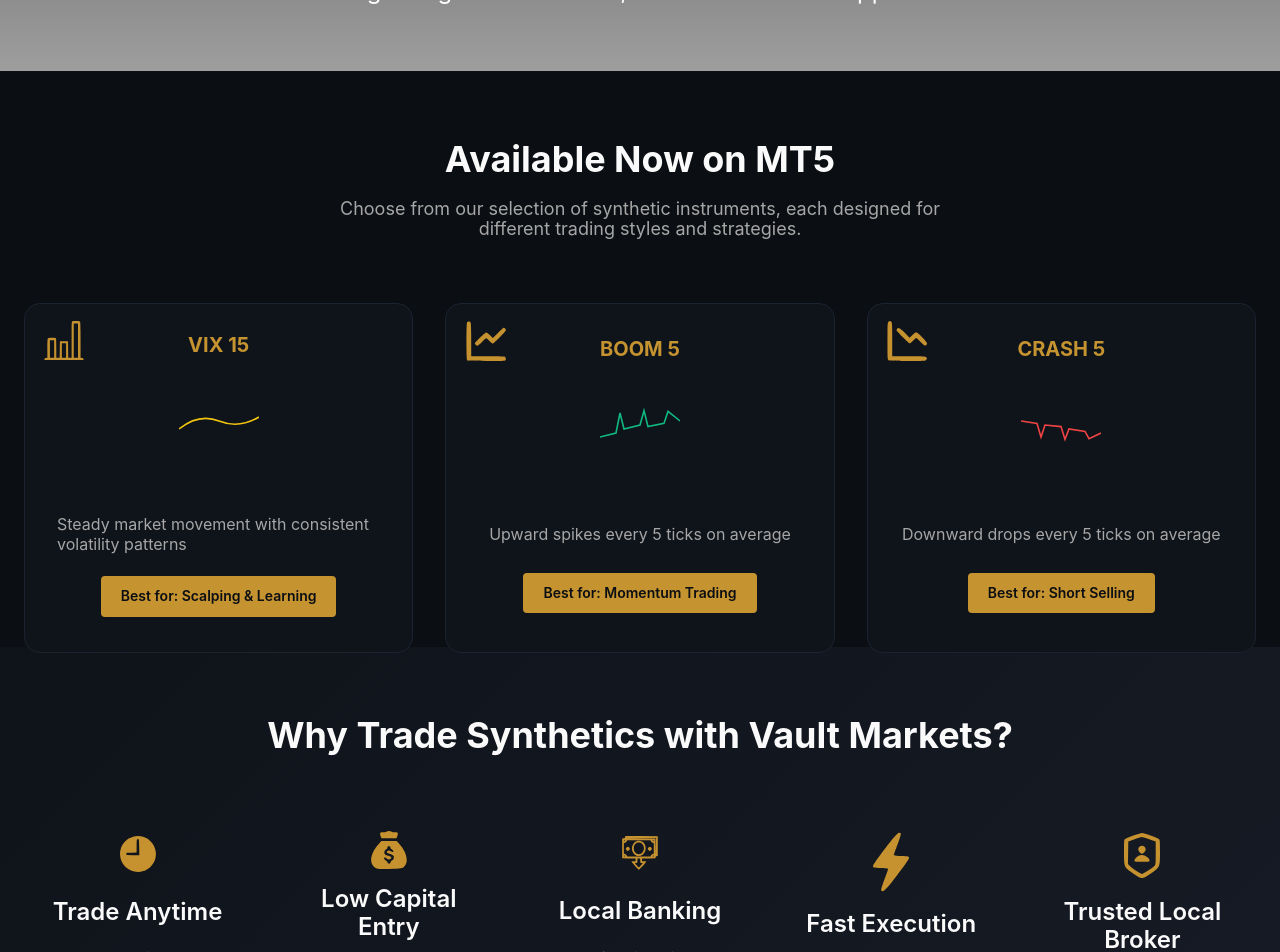
Repository: Jacques-Jaki-Morkel/VaultMarkets_Synthetics
Page: wp-copy/index.HTML
The author's editor kept a copy of each file at every save. The page is drawn from the files as they stood at one save, then again after a run of saves.
The browser window is 1280 px wide. The pictures show the part of the page from y = 1195 to 2147 px (the page is 4689 px tall).
Pictures or frames that could not be fetched are drawn as grey boxes.

Above is the page before, as saved 2025-08-01 14:27:31.

### wp-copy/index.HTML
<!DOCTYPE html>
<html lang="en">

<head>
    <link rel="stylesheet" href="styles.css">
</head>

<body>
    <!-- Hero Section -->
    <section class="vm-hero-section">
        <div class="vm-container vm-con-row">
            <div class="vm-floating-icons">
                <div class="vm-floating-icon vm-boom">BOOM</div>
                <div class="vm-floating-icon vm-crash">CRASH</div>
                <div class="vm-floating-icon vm-vix">VIX</div>
            </div>

            <div class="vm-hero-content">
                <span class="span-gradinet">
                    <h1>Trade the Market That Never Sleeps</h1>
                </span>
                <p class="vm-hero-subtitle">Boom. Crash. VIX. 24/7 trading. No market closures. No news shocks.</p>

                <div class="vm-hero-buttons">
                    <button class="vm-btn vm-btn-primary">Start Trading Now</button>
                    <button class="vm-btn vm-btn-outline hide-this">Watch Demo</button>
                </div>

                <div class="vm-markets-badge"><span class="vm-market-badge-icon"></span>Markets Open 24/7</div>
            </div>
        </div>
    </section>

    <!-- Synthetics Intro -->
    <section class="vm-synthetics-intro">
        <div class="vm-container vm-con-col">
            <div class="vm-section-header">
                <h2>Markets Built for Traders, <span class="span-gradinet">by Traders</span> </h2>
                <p>Synthetic Indices are computer‑generated markets that move just like real markets — but they're not tied to real‑world events. That means:</p>
            </div>

            <div class="vm-benefits-grid">
                <div class="vm-benefit-card">
                    <div class="vm-benefit-icon"><img class="icons-size" src="/assets/Icons/always-open.svg"></div>
                    <h3>Always Open</h3>
                    <p>Trade 24/7, even weekends & public holidays</p>
                </div>
                <div class="vm-benefit-card">
                    <div class="vm-benefit-icon"><img class="icons-size" src="/assets/Icons/constant-volatility.svg"></div>
                    <h3>Consistent Action</h3>
                    <p>No sudden market shocks from the news</p>
                </div>
                <div class="vm-benefit-card">
                    <div class="vm-benefit-icon"><img class="icons-size" src="/assets/Icons/predictable-structure.svg"></div>
                    <h3>Predictable Structure</h3>
                    <p>Easy to study & learn patterns</p>
                </div>
                <div class="vm-benefit-card">
                    <div class="vm-benefit-icon"><img class="icons-size" src="/assets/Icons/fast-execution.svg"></div>
                    <h3>Lightning Fast</h3>
                    <p>Instant execution and tight spreads</p>
                </div>
            </div>

            <p class="vm-vault-advantage">Trade them exactly like Forex or CFDs on MT5, with the Vault Markets advantage: low spreads, lightning‑fast execution, and trusted local support.

            </p>
        </div>
    </section>

    <!-- Instruments Showcase -->
    <section class="vm-instruments-showcase">
        <div class="vm-container">
            <div class="vm-section-header">
                <h2>Available Now on MT5</h2>
                <p>Choose from our selection of synthetic instruments, each designed for different trading styles and
                    strategies.</p>
            </div>

            <div class="vm-instruments-grid">
                <div class="vm-instrument-card">
                    <div class="vm-instrument-header">
                        <div class="vm-instrument-icon"><img src="/assets/Icons/vix.svg"></div>
                        <span class="vm-instrument-symbol">VIX 15</span>
                        <div class="vm-mini-chart">
                            <svg viewBox="0 0 100 40">
                                <path d="M0,30 Q25,10 50,20 T100,15" stroke="#f1c40f" fill="none" stroke-width="2" />
                            </svg>
                        </div>
                    </div>
                    <p class="vm-instrument-description">Steady market movement with consistent volatility patterns</p>
                    <span class="vm-best-for">Best for: Scalping & Learning</span>
                </div>

                <div class="vm-instrument-card">
                    <div class="vm-instrument-icon"><img src="/assets/Icons/boom-5.svg"></div>
                    <div class="vm-instrument-header">
                        <span class="vm-instrument-symbol">BOOM 5</span>
                        <div class="vm-mini-chart">
                            <svg viewBox="0 0 100 40">
                                <path d="M0,35 L20,30 L25,5 L30,25 L50,20 L55,2 L60,22 L80,18 L85,3 L100,15"
                                    stroke="#10b981" fill="none" stroke-width="2" />
                            </svg>
                        </div>
                    </div>
                    <p class="vm-instrument-description">Upward spikes every 5 ticks on average</p>
                    <span class="vm-best-for">Best for: Momentum Trading</span>
                </div>

                <div class="vm-instrument-card">
                    <div class="vm-instrument-header">
                        <div class="vm-instrument-icon"><img src="/assets/Icons/crash-5.svg"></div>
                        <span class="vm-instrument-symbol">CRASH 5</span>
                        <div class="vm-mini-chart">
                            <svg viewBox="0 0 100 40">
                                <path d="M0,15 L20,18 L25,35 L30,20 L50,22 L55,38 L60,25 L80,28 L85,37 L100,30"
                                    stroke="#ef4444" fill="none" stroke-width="2" />
                            </svg>
                        </div>
                    </div>
                    <p class="vm-instrument-description">Downward drops every 5 ticks on average</p>
                    <span class="vm-best-for">Best for: Short Selling</span>
                </div>
            </div>
        </div>
    </section>

    <!-- Why Vault Section -->
    <section class="vm-why-vault">
        <div class="vm-container">
            <h2>Why Trade Synthetics with Vault Markets?</h2>

            <div class="vm-why-benefits-grid">
                <div class="vm-why-benefit">
                    <div class="vm-why-icon"><img class="icons-size" src="/assets/Icons/always-open.svg"></div>
                    <h3>Trade Anytime</h3>
                    <p>No downtime, no waiting for Monday</p>
                </div>
                <div class="vm-why-benefit">
                    <div class="vm-why-icon"><img class="icons-size" src="/assets/Icons/low-capital.svg"></div>
                    <h3>Low Capital Entry</h3>
                    <p>Start with as little as R100</p>
                </div>
                <div class="vm-why-benefit">
                    <div class="vm-why-icon"><img class="icons-size" src="/assets/Icons/deposits-withdrawals.svg"></div>
                    <h3>Local Banking</h3>
                    <p>Easy funding via EFT, Ozow, Crypto</p>
                </div>
                <div class="vm-why-benefit">
                    <div class="vm-why-icon"><img class="icons-size" src="/assets/Icons/fast-execution.svg"></div>
                    <h3>Fast Execution</h3>
                    <p>Precision trading for fast markets</p>
                </div>
                <div class="vm-why-benefit">
                    <div class="vm-why-icon"><img class="icons-size" src="/assets/Icons/Target.svg"></div>
                    <h3>Trusted Local Broker</h3>
                    <p>Trade with confidence</p>
                </div>
                <div class="vm-why-benefit">
                    <div class="vm-why-icon"><img class="icons-size" src="/assets/Icons/platform.svg"></div>
                    <h3>MT5 Platform</h3>
                    <p>Professional trading tools</p>
                </div>
            </div>

            <div class="vm-cta-box hide-this">
                <h3>Ready to join thousands of South African traders?</h3>
                <p>We understand the local market better than anyone.</p>
            </div>
        </div>
    </section>

    <!-- How to Start -->
    <section class="vm-how-to-start">
        <div class="vm-container">
            <div class="vm-section-header">
                <h2>How to Start Trading in 3 Steps</h2>
                <p>Get started with synthetic trading in minutes</p>
            </div>

            <div class="vm-steps-grid">
                <div class="vm-step">
                    <div class="vm-step-number">1</div>
                    <div class="vm-step-icon"><img class="icons-size" src="/assets/Icons/open-account.svg"></div>
                    <h3>Open Your Account</h3>
                    <p>Sign up for free in minutes with just your ID and email</p>
                    <span class="vm-step-action">Create Account</span>
                </div>

                <div class="vm-step">
                    <div class="vm-step-number">2</div>
                    <div class="vm-step-icon"><img class="icons-size" src="/assets/Icons/fund-wallet.svg"></div>
                    <h3>Fund Your Wallet</h3>
                    <p>Local deposits via EFT, Ozow, or crypto - instant in your account</p>
                    <span class="vm-step-action">Add Funds</span>
                </div>

                <div class="vm-step">
                    <div class="vm-step-number">3</div>
                    <div class="vm-step-icon"><img class="icons-size" src="/assets/Icons/start-trading.svg"></div>
                    <h3>Start Trading</h3>
                    <p>Choose VIX, Boom, or Crash and trade 24/7 on MT5</p>
                    <span class="vm-step-action">Begin Trading</span>
                </div>
            </div>

            <div class="vm-final-cta">
                <h3>Ready to Start Your Trading Journey?</h3>
                <p>Join thousands of traders who've made the switch to 24/7 synthetic markets.</p>
                <button class="vm-btn vm-btn-primary">Open Account Now</button>
            </div>
        </div>
    </section>

    <!-- Educational Section -->
    <section class="vm-educational hide-this">
        <div class="vm-container">
            <div class="vm-section-header">
                <h2>New to Synthetics? We've Got You Covered</h2>
                <p>Master synthetic trading with our comprehensive educational resources</p>
            </div>

            <div class="vm-education-highlight">
                <div class="vm-video-card">
                    <div class="vm-video-thumbnail">
                        <div class="vm-play-button">▶</div>
                    </div>
                    <h3>Complete Synthetics Trading Guide</h3>
                    <p>Learn the fundamentals of synthetic trading in this comprehensive video guide</p>
                    <div class="vm-video-meta">
                        <span class="vm-video-type">Video Guide</span>
                        <span class="vm-video-duration">15 min</span>
                    </div>
                </div>
            </div>

            <div class="vm-resources-grid">
                <div class="vm-resource-card">
                    <div class="vm-resource-icon">📚</div>
                    <h3>Strategy Guides</h3>
                    <p>Proven strategies for Boom, Crash, and VIX trading</p>
                    <div class="vm-resource-meta">
                        <span>PDF Guide</span>
                        <span>10 min read</span>
                    </div>
                </div>

                <div class="vm-resource-card">
                    <div class="vm-resource-icon">🎯</div>
                    <h3>Risk Management</h3>
                    <p>Essential risk management techniques for synthetic markets</p>
                    <div class="vm-resource-meta">
                        <span>Article</span>
                        <span>5 min read</span>
                    </div>
                </div>

                <div class="vm-resource-card">
                    <div class="vm-resource-icon">📈</div>
                    <h3>Advanced Techniques</h3>
                    <p>Advanced trading techniques and market analysis</p>
                    <div class="vm-resource-meta">
                        <span>Video Series</span>
                        <span>30 min</span>
                    </div>
                </div>
            </div>

            <div class="vm-education-cta">
                <h3>Access Our Free Trading Education Library</h3>
                <p>Everything you need to become a successful synthetic trader</p>
                <button class="vm-btn vm-btn-outline">Explore Resources</button>
            </div>
        </div>
    </section>

    <!-- Testimonials -->
    <section class="vm-testimonials">
        <div class="vm-container">
            <div class="vm-section-header">
                <h2>What Our Traders Say</h2>
                <p>Join thousands of satisfied traders across South Africa</p>
            </div>

            <div class="vm-testimonials-grid">
                <div class="vm-testimonial-card">
                    <div class="vm-stars">⭐⭐⭐⭐⭐</div>
                    <p>"Vault's Synthetics let me trade on my own schedule – no waiting for markets to open."</p>
                    <div class="vm-testimonial-author">
                        <strong>Thabo M.</strong>
                        <span>Johannesburg</span>
                        <div class="vm-instrument-traded">Trades: VIX 15</div>
                    </div>
                </div>

                <div class="vm-testimonial-card">
                    <div class="vm-stars">⭐⭐⭐⭐⭐</div>
                    <p>"Boom and Crash are addictive – I love the constant action and clear patterns."</p>
                    <div class="vm-testimonial-author">
                        <strong>Michelle L.</strong>
                        <span>Cape Town</span>
                        <div class="vm-instrument-traded">Trades: Boom 5</div>
                    </div>
                </div>

                <div class="vm-testimonial-card">
                    <div class="vm-stars">⭐⭐⭐⭐⭐</div>
                    <p>"Finally, a market that doesn't close when I'm ready to trade. Perfect for my schedule."</p>
                    <div class="vm-testimonial-author">
                        <strong>David K.</strong>
                        <span>Durban</span>
                        <div class="vm-instrument-traded">Trades: Crash 5</div>
                    </div>
                </div>
            </div>

            <div class="vm-stats-grid">
                <div class="vm-stat">
                    <div class="vm-stat-number">15,000+</div>
                    <div class="vm-stat-label">Active Traders</div>
                </div>
                <div class="vm-stat">
                    <div class="vm-stat-number">24/7</div>
                    <div class="vm-stat-label">Market Access</div>
                </div>
                <div class="vm-stat">
                    <div class="vm-stat-number">0.01</div>
                    <div class="vm-stat-label">Min Lot Size</div>
                </div>
                <div class="vm-stat">
                    <div class="vm-stat-number">R100</div>
                    <div class="vm-stat-label">Min Deposit</div>
                </div>
            </div>
        </div>
    </section>

    <!-- Final CTA -->
    <section class="vm-final-cta">
        <div class="vm-container">
            <div class="vm-cta-content">
                <h1>Your Market. Your Time. Your Rules.</h1>
                <div class="vm-instruments-highlight">
                    <span class="vm-instrument boom">BOOM</span>
                    <span class="vm-instrument crash">CRASH</span>
                    <span class="vm-instrument vix">VIX</span>
                </div>
                <p>Experience the freedom of 24/7 trading with synthetic indices that never sleep. Join the revolution
                    of consistent, predictable markets designed for serious traders.</p>

                <div class="vm-features-highlight">
                    <div class="vm-feature">
                        <span class="vm-feature-icon">🌙</span>
                        <span>Never Closes</span>
                    </div>
                    <div class="vm-feature">
                        <span class="vm-feature-icon">📈</span>
                        <span>Consistent Action</span>
                    </div>
                    <div class="vm-feature">
                        <span class="vm-feature-icon">⚡</span>
                        <span>Instant Execution</span>
                    </div>
                </div>

                <div class="vm-final-buttons">
                    <button class="vm-btn vm-btn-primary">Start Trading Now</button>
                    <button class="vm-btn vm-btn-outline hide-this">Open Demo Account</button>
                </div>

                <p class="vm-risk-disclaimer">
                    <small>Trading CFDs involves risk. Synthetic Indices are proprietary instruments and may not be
                        suitable for all traders. Please trade responsibly. Vault Markets is an authorised financial
                        services provider.</small>
                </p>
            </div>
        </div>
    </section>

    <script src="script.js"></script>
</body>

</html>

Loaded but not shown: wp-copy/script.js (281 lines, source omitted); wp-copy/styles.css (848 lines, source omitted)

After the next 2 saves:
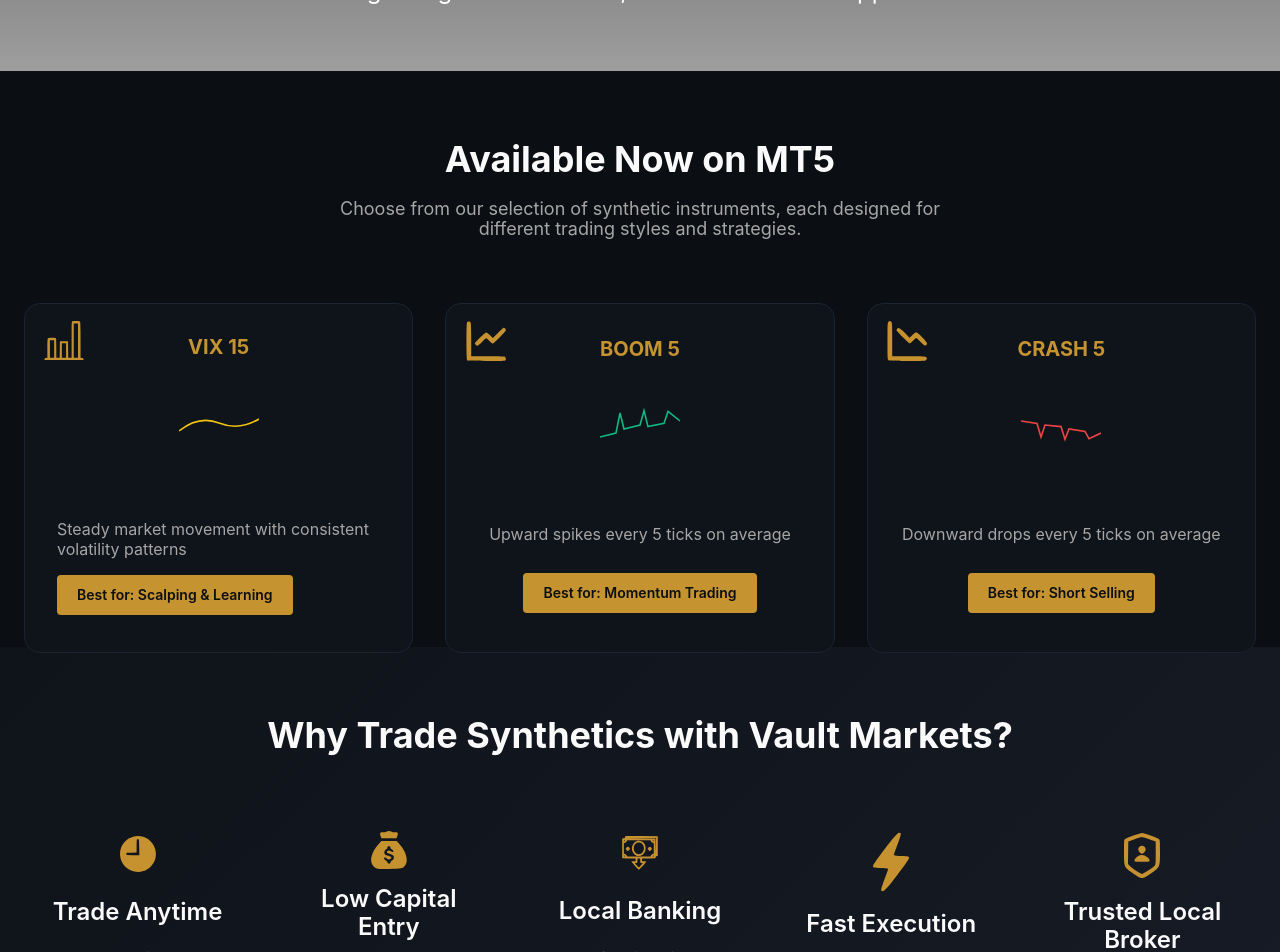
The 2 saves are shown as one change because they came seconds apart.
The last was saved 4 min 17 s later.
--- a/wp-copy/index.HTML
+++ b/wp-copy/index.HTML
@@ -88,8 +88,10 @@
                             </svg>
                         </div>
                     </div>
+                    <div class="vm-instrument-heading">
                     <p class="vm-instrument-description">Steady market movement with consistent volatility patterns</p>
                     <span class="vm-best-for">Best for: Scalping & Learning</span>
+                    </div>
                 </div>
 
                 <div class="vm-instrument-card">
